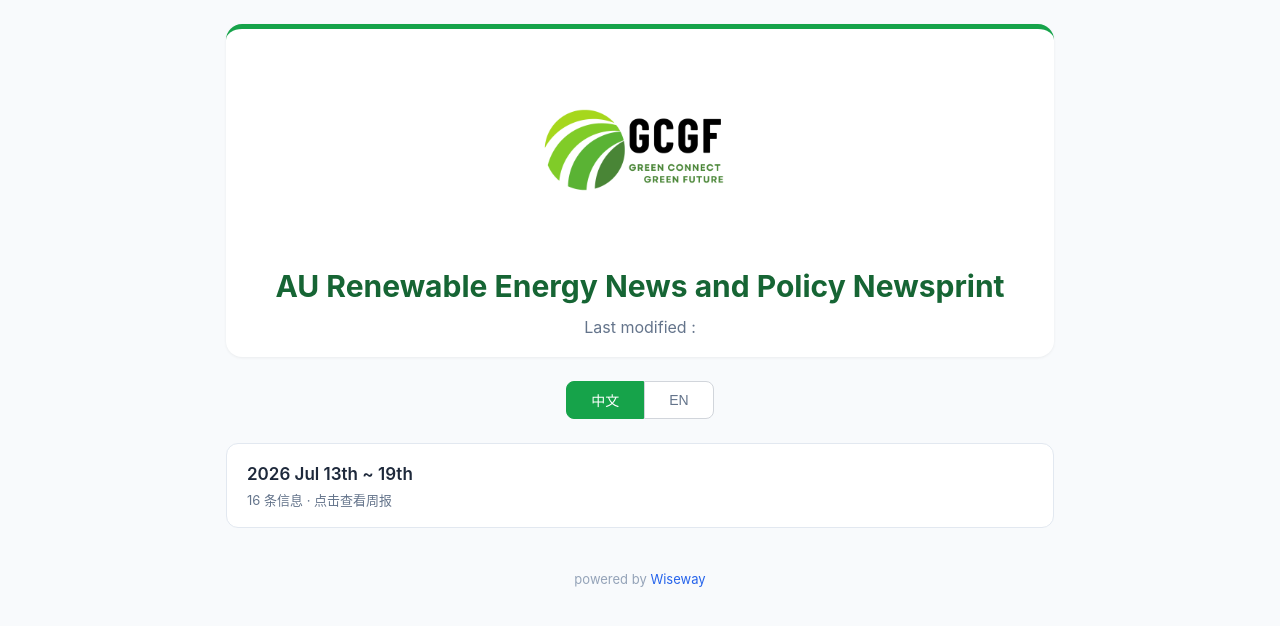
Repository: percival-peng-wiseway/weekly_news_rep
Page: index.html
An editor plug-in stored every save of this project. The page is shown before and after the next save, followed by the edit.
The browser window is 1280 px wide. The pictures show the whole page.

Above is the page before, as saved 2026-07-22 03:28:04.

### index.html
<!DOCTYPE html>
<html lang="en"><head><meta charset="utf-8">
<meta name="viewport" content="width=device-width, initial-scale=1">
<title>Renewable Energy News in AU</title>
<style>
* { box-sizing: border-box; margin: 0; padding: 0; }
body { font-family: -apple-system, "PingFang SC", "Microsoft YaHei", "Noto Sans CJK SC", sans-serif;
       background: #f8fafc; color: #1e293b; line-height: 1.7; }
.wrap { max-width: 860px; margin: 0 auto; padding: 24px 16px 64px; }

/* Hero */
header.hero { background: #fff; border-radius: 16px; padding: 24px 24px 16px;
              margin-bottom: 24px; text-align: center;
              border-top: 5px solid #16a34a;
              box-shadow: 0 1px 3px rgba(0,0,0,.06); }
header.hero img.logo { height: 200px; margin-bottom: 0px; }
header.hero h1 { font-size: 30px; color: #166534; margin-bottom: 2px; }
header.hero .sub { font-size: 16fpx; color: #64748b; }

/* Language toggle */
.lang-toggle { display: flex; justify-content: center; gap: 0; margin-bottom: 24px; }
.lang-toggle button { border: 1px solid #d1d5db; background: #fff; color: #64748b;
  padding: 8px 24px; cursor: pointer; font-size: 14px; font-weight: 500;
  transition: all .15s; }
.lang-toggle button:first-child { border-radius: 8px 0 0 8px; }
.lang-toggle button:last-child { border-radius: 0 8px 8px 0; }
.lang-toggle button.active { background: #16a34a; color: #fff; border-color: #16a34a; }

/* Section labels */
.lang-section h3 { font-size: 14px; color: #94a3b8; text-transform: uppercase;
  letter-spacing: .5px; margin-bottom: 10px; }

/* Cards */
nav.toc { background: #fff; border: 1px solid #e2e8f0; border-radius: 12px;
          padding: 12px 16px; margin-bottom: 24px; font-size: 14px; }
nav.toc a { color: #2563eb; text-decoration: none; margin-right: 14px; white-space: nowrap; }
h2.sec { font-size: 18px; margin: 32px 0 12px; padding-left: 12px; border-left: 5px solid #16a34a; }
.card { background: #fff; border: 1px solid #e2e8f0; border-radius: 12px;
        padding: 14px 18px; margin-bottom: 12px; }
.card .title { font-weight: 600; font-size: 16px; margin-bottom: 4px; }
.card .meta { font-size: 13px; color: #64748b; margin-bottom: 6px; }
.card .meta a { color: #2563eb; text-decoration: none; word-break: break-all; }
.card .point { font-size: 14.5px; }
footer.src { margin-top: 40px; font-size: 13px; color: #64748b; }
footer.src li { margin-left: 20px; }
a.back { color: #2563eb; text-decoration: none; font-size: 14px; }
.list-item { background:#fff; border:1px solid #e2e8f0; border-radius:12px; padding:16px 20px;
             margin-bottom:12px; display:block; text-decoration:none; color:inherit; }
.list-item:hover { border-color:#16a34a; }
.list-item .d { font-weight:600; font-size:17px; }
.list-item .c { font-size:13px; color:#64748b; }
</style></head>
<body><div class="wrap">

<header class="hero">
  <img class="logo" src="gcgf_logo.png" alt="GCGF Logo">
  <h1>AU Renewable Energy News and Policy Newsprint</h1>
  <div class="sub">Last modified : </div>
</header>

<div class="lang-toggle">
  <button id="btn-cn" class="active" onclick="switchLang('cn')">中文</button>
  <button id="btn-en" onclick="switchLang('en')">EN</button>
</div>

<div id="section-cn" class="lang-section">
  <a class="list-item" href="weekly/weekly-2026-07-13_2026-07-19.html">
    <div class="d">2026 Jul 13th ~ 19th</div>
    <div class="c">16 条信息 · 点击查看周报</div>
  </a>
</div>

<div id="section-en" class="lang-section" style="display:none">
  <a class="list-item" href="weekly/weekly-2026-07-13_2026-07-19_en.html">
    <div class="d">2026  Jul 13th ~ 19th </div>
    <div class="c">16 items · Weekly Briefing</div>
  </a>
</div>

<footer style="margin-top:40px;text-align:center;font-size:13px;color:#94a3b8">
  powered by <a href="www.wiseway.ai" style="color:#2563eb;text-decoration:none">Wiseway</a>
</footer>

</div>
<script>
function switchLang(lang) {
  document.getElementById('btn-cn').classList.toggle('active', lang==='cn');
  document.getElementById('btn-en').classList.toggle('active', lang==='en');
  document.getElementById('section-cn').style.display = lang==='cn' ? '' : 'none';
  document.getElementById('section-en').style.display = lang==='en' ? '' : 'none';
}
</script>
</body></html>

After the next save:
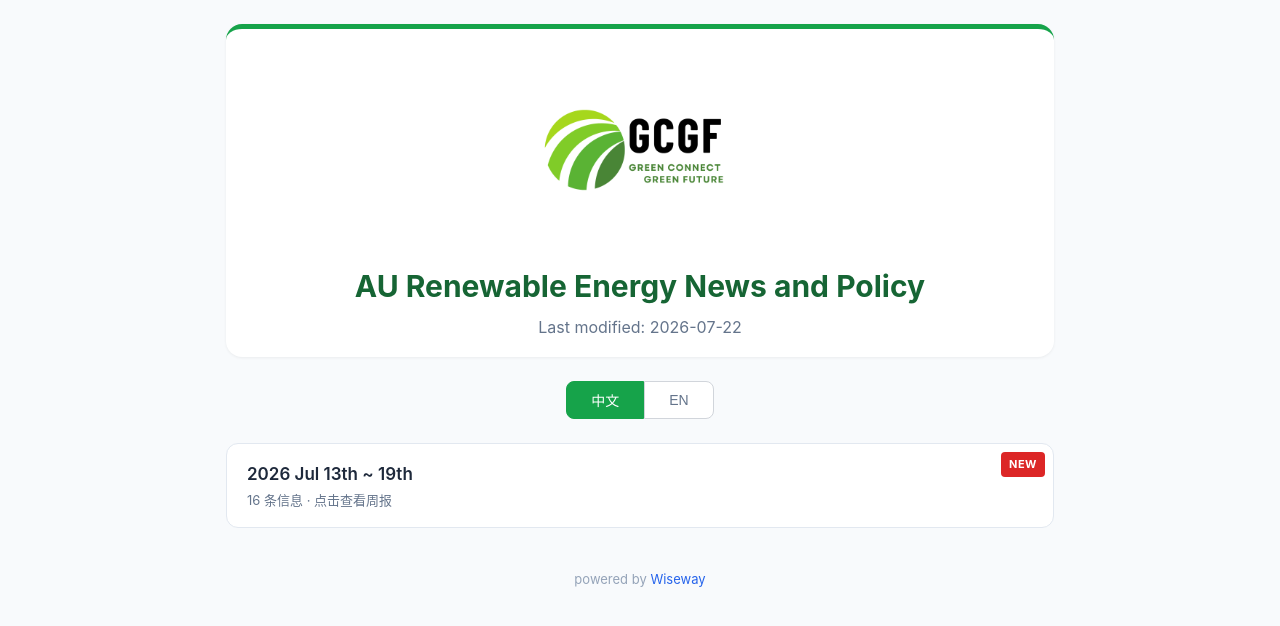
Saved 24 min 39 s later.
--- a/index.html
+++ b/index.html
@@ -49,13 +49,15 @@
 .list-item:hover { border-color:#16a34a; }
 .list-item .d { font-weight:600; font-size:17px; }
 .list-item .c { font-size:13px; color:#64748b; }
+.list-item { position: relative; overflow: hidden; }
+.badge-new { position: absolute; top: 8px; right: 8px; background: #dc2626; color: #fff; font-size: 11px; font-weight: 700; padding: 3px 8px; border-radius: 4px; text-transform: uppercase; letter-spacing: .5px; }
 </style></head>
 <body><div class="wrap">
 
 <header class="hero">
   <img class="logo" src="gcgf_logo.png" alt="GCGF Logo">
-  <h1>AU Renewable Energy News and Policy Newsprint</h1>
-  <div class="sub">Last modified : </div>
+  <h1>AU Renewable Energy News and Policy </h1>
+  <div class="sub">Last modified: 2026-07-22</div>
 </header>
 
 <div class="lang-toggle">
@@ -64,14 +66,14 @@
 </div>
 
 <div id="section-cn" class="lang-section">
-  <a class="list-item" href="weekly/weekly-2026-07-13_2026-07-19.html">
+  <a class="list-item" href="weekly/weekly-2026-07-13_2026-07-19.html" style="position:relative;overflow:hidden"><span class="badge-new">NEW</span>
     <div class="d">2026 Jul 13th ~ 19th</div>
     <div class="c">16 条信息 · 点击查看周报</div>
   </a>
 </div>
 
 <div id="section-en" class="lang-section" style="display:none">
-  <a class="list-item" href="weekly/weekly-2026-07-13_2026-07-19_en.html">
+  <a class="list-item" href="weekly/weekly-2026-07-13_2026-07-19_en.html" style="position:relative;overflow:hidden"><span class="badge-new">NEW</span>
     <div class="d">2026  Jul 13th ~ 19th </div>
     <div class="c">16 items · Weekly Briefing</div>
   </a>
